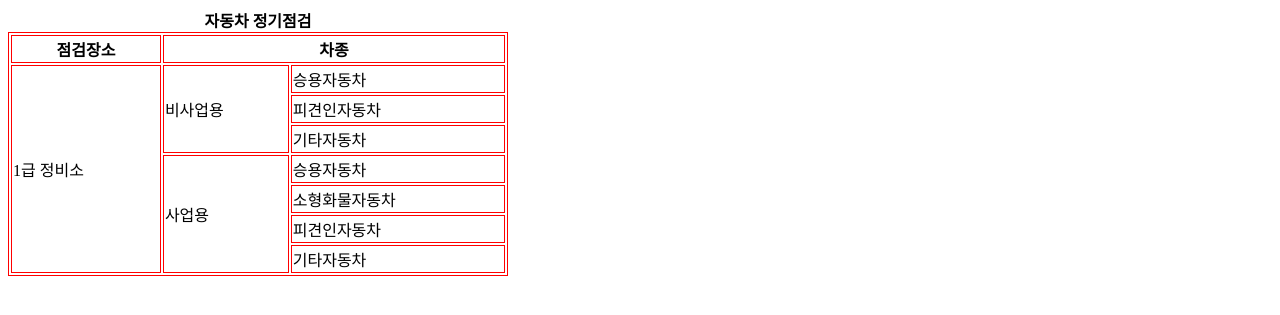
Repository: kisunssong/jsp
Page: http://localhost/test/tabletest.jsp
These files come from the project's save history. The page is drawn as it stood at one moment and after the next save; the edit follows.
The browser window is 1280 px wide. The pictures show the whole page.
The page is served by Tomcat 9.

Above is the page before, as saved 2020-10-31 09:43:55.

### test/WebContent/tabletest.jsp
<%@ page language="java" contentType="text/html; charset=EUC-KR"
    pageEncoding="EUC-KR"%>
<html>
<head><title>테이블 생성 기초</title></head>
<body>
<table border="1" bordercolor="red" width="500">
<caption><B>자동차 정기점검</B></caption>
	<thead>
		<tr>
			<th bordercolor="red">점검장소</th><th colspan="2" bordercolor="red">차종</th>
		</tr>
	</thead>
	<tbody>
		<tr>
			<td rowspan="7" bordercolor="red">1급 정비소</td>
			<td rowspan="3" bordercolor="red">비사업용</td>
			<td bordercolor="red">승용자동차</td>
		</tr>
		<tr>
			<td bordercolor="red">피견인자동차</td>
		</tr>
		<tr>
			<td bordercolor="red">기타자동차</td>
		</tr>
		<tr>
			<td rowspan="4" bordercolor="red">사업용</td>
			<td bordercolor="red">승용자동차</td>
		</tr>
		<tr>
			<td bordercolor="red">소형화물자동차</td>
		</tr>
		<tr>
			<td bordercolor="red">피견인자동차</td>
		</tr>
		<tr>
			<td bordercolor="red">기타자동차</td>
		</tr>
	</tbody>
</table>
</body>
</html>

After the next save:
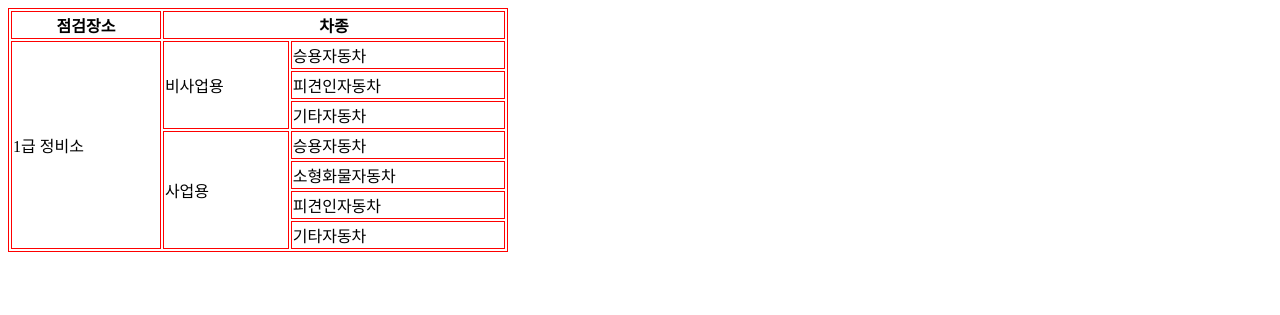
Saved 26 h 37 min later.
--- a/test/WebContent/tabletest.jsp
+++ b/test/WebContent/tabletest.jsp
@@ -3,8 +3,8 @@
 <html>
 <head><title>테이블 생성 기초</title></head>
 <body>
+<div>
 <table border="1" bordercolor="red" width="500">
-<caption><B>자동차 정기점검</B></caption>
 	<thead>
 		<tr>
 			<th bordercolor="red">점검장소</th><th colspan="2" bordercolor="red">차종</th>
@@ -37,5 +37,6 @@
 		</tr>
 	</tbody>
 </table>
+</div>
 </body>
 </html>
